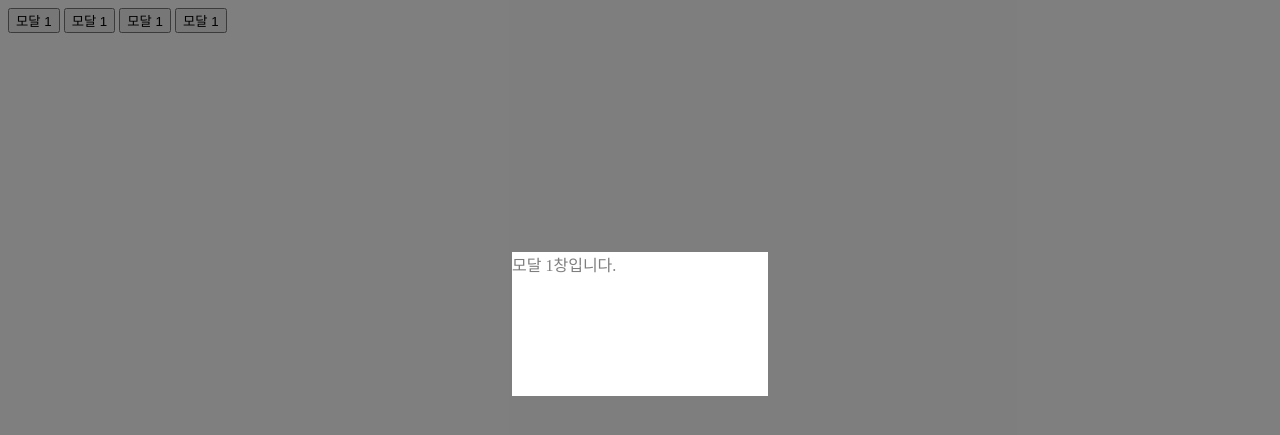
Repository: leetaehyeon123/SpringBaseSources
Page: http://localhost/modal/
An editor plug-in stored every save of this project. The page is shown before and after the next save, followed by the edit.
The browser window is 1280 px wide. The pictures show the whole page.
The page is served by Tomcat 9.

Above is the page before, as saved 2020-09-01 02:22:53.

After the next save:
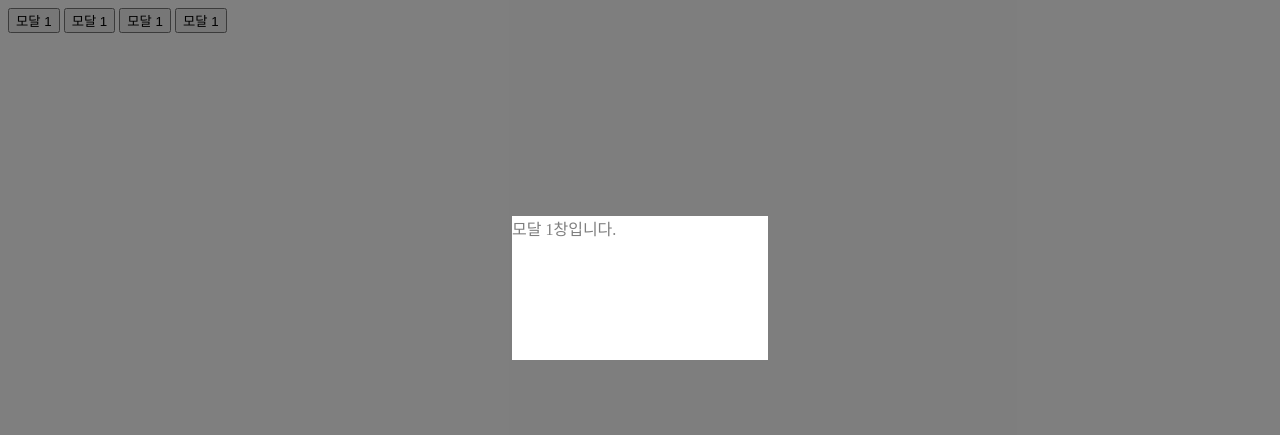
Saved 6 s later.
--- a/모달창 소스코드/modal/modal/src/main/webapp/WEB-INF/views/modal.jsp
+++ b/모달창 소스코드/modal/modal/src/main/webapp/WEB-INF/views/modal.jsp
@@ -17,7 +17,7 @@
 
 
 	<div class="modal1,modal"  style="width: 100% ; height: 100vh ; background-color: black; position: absolute; left: 0px; top:0px; opacity: 0.5;">
-		<div class="modal1Div" style="width: 20%; height: 20vh; background-color: white; margin: 35vh auto; ">
+		<div class="modal1Div" style="width: 20%; height: 20vh; background-color: white; margin: 30vh auto; ">
 
 					<p>모달 1창입니다.</p>
 
